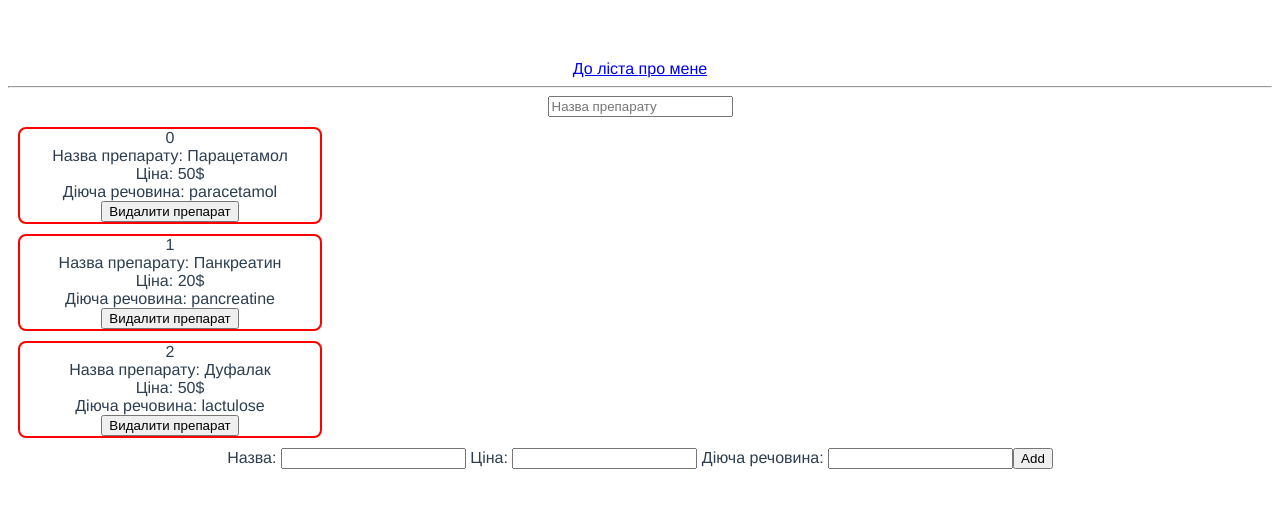
Repository: KYUUBI-K/Labs-from-2-course-
Page: /#/list (app in lab2(pharmacy)/)
These files come from the project's save history. The page is drawn as it stood at one moment and after the next save; the edit follows.
The browser window is 1280 px wide. The pictures show the whole page.
The project was rebuilt for these pictures with package versions that can differ from the ones it lists, and the page was loaded fresh each time.

Above is the page before, as saved 2021-12-21 15:27:31.

After the next save:
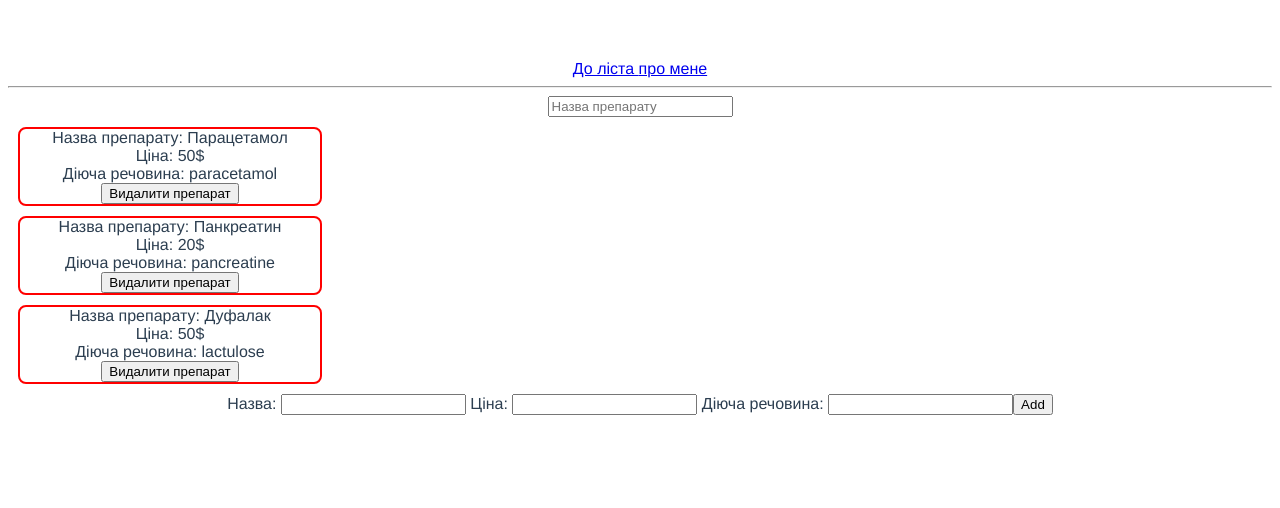
Saved 68 s later.
--- a/lab2(pharmacy)/src/components/Tasklist/Taskitem/index.vue
+++ b/lab2(pharmacy)/src/components/Tasklist/Taskitem/index.vue
@@ -1,6 +1,5 @@
 <template>
   <div class="task">
-    <div>{{ task.id }}</div>
     <div>Назва препарату: {{ task.title }}</div>
     <div>Ціна: {{ task.price }}$</div>
     <div>Діюча речовина: {{ task.active_substance }}</div>
